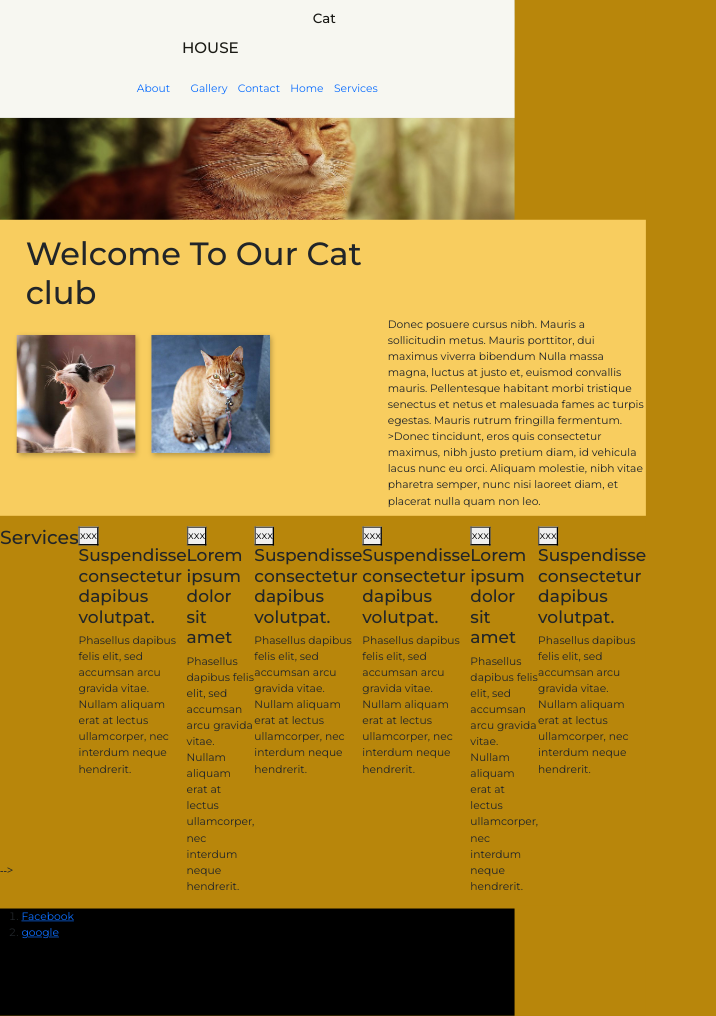
Repository: raul4264/final
Page: index.html
These files come from the project's save history. The page is drawn as it stood at one moment and after the next save; the edit follows.
The browser window is 768 px wide. The page is 964 px wide, then 1069 px, so the pictures cover 1069 px, including what lies to the right of the window. The pictures show the whole page, at 67% of full size.

Above is the page before, as saved 2021-03-28 13:29:11.

After the next save:
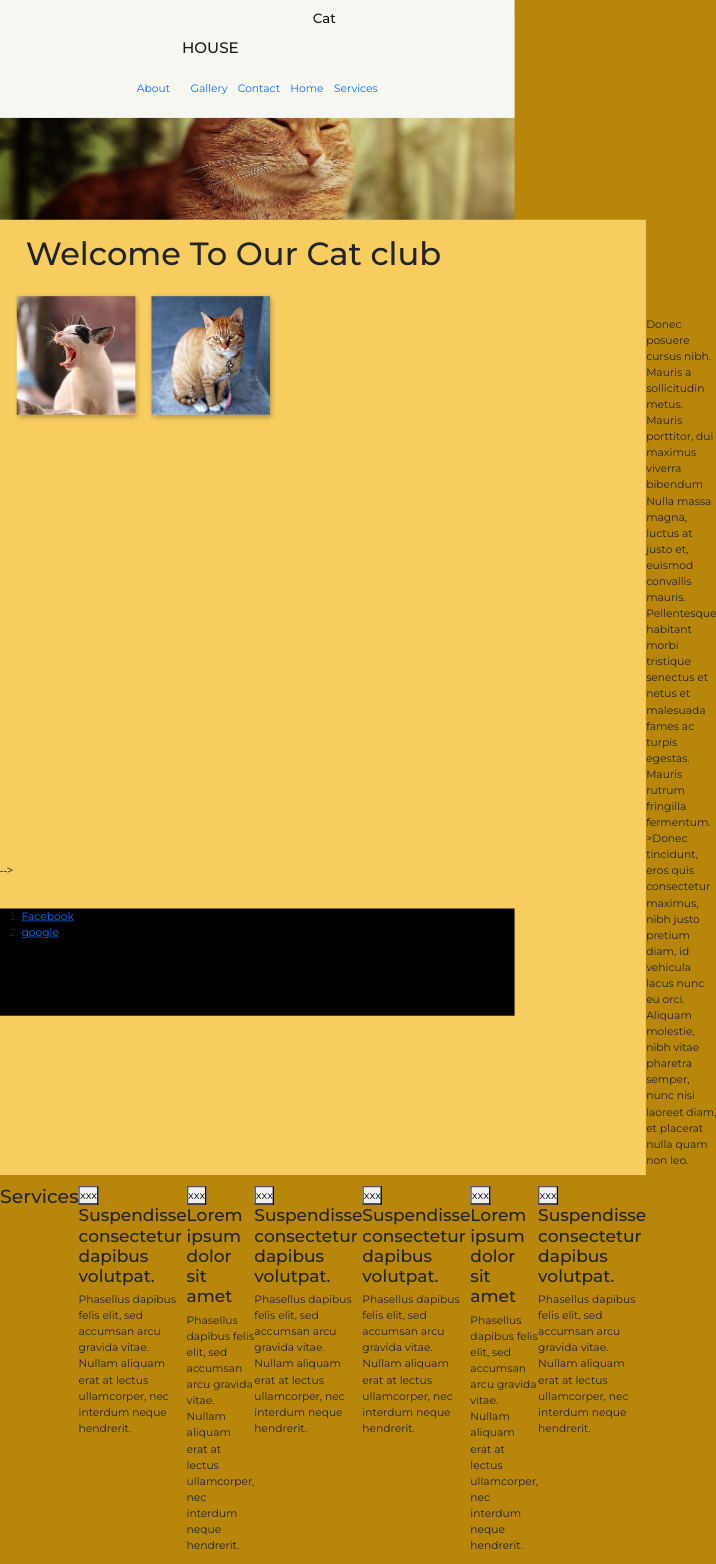
Saved 7 min 29 s later.
--- a/css/estilos.css
+++ b/css/estilos.css
@@ -373,8 +373,8 @@
         background-color: rgb(248, 205, 95);
 
         display: grid;
-        grid-template-columns: 60% 40%;
-        grid-template-rows: 100%;
+        grid-template-columns:100%;
+        grid-template-rows: 0% 50%;
         flex-direction: column;
         margin-top: 33vh;
 
